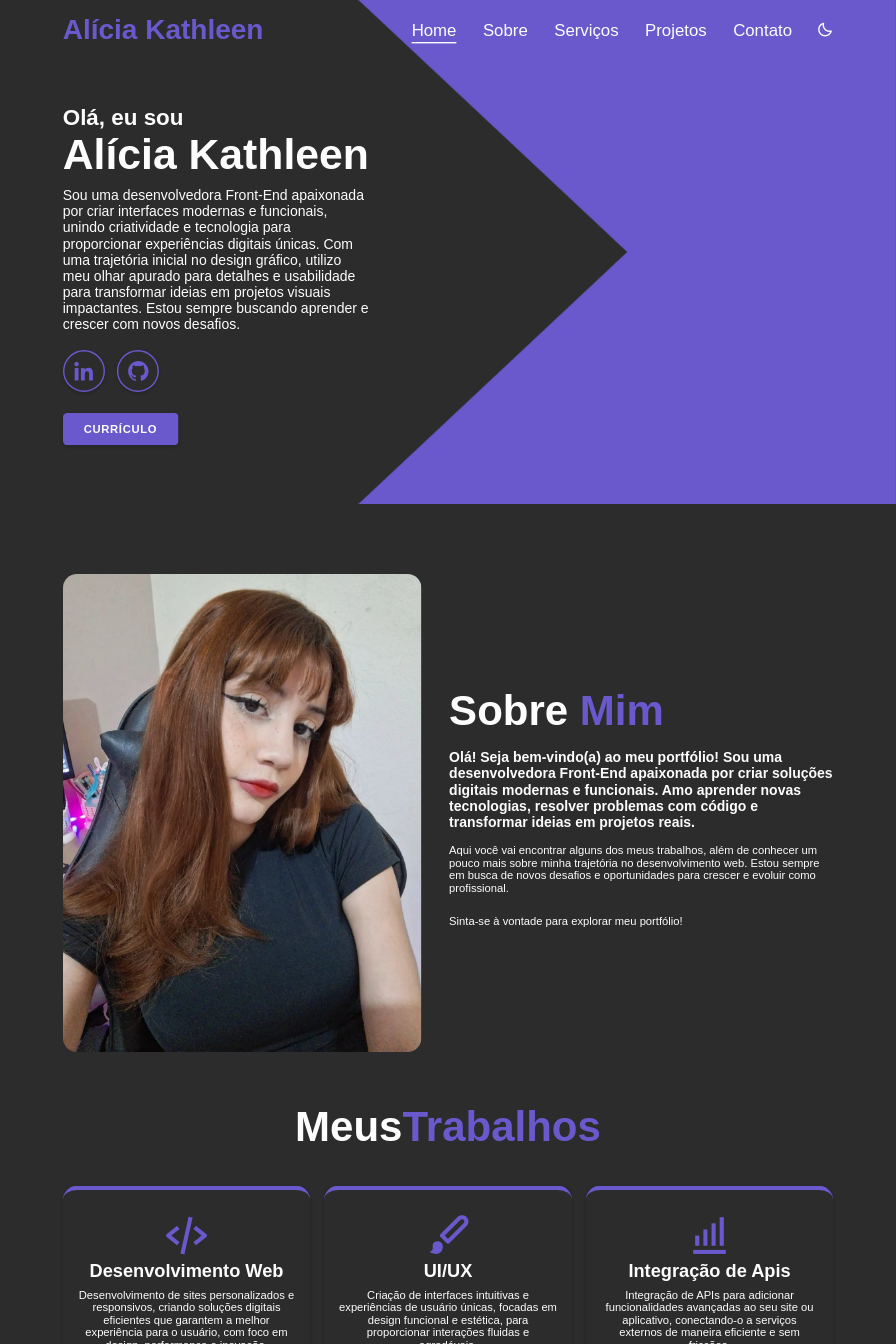
Repository: AliciaKathleen/portfolio-2025
Page: index.html
An editor plug-in stored every save of this project. The page is shown before and after the next save, followed by the edit.
The browser window is 1280 px wide. The pictures show the part of the page from y = 0 to 1920 px (the page is 3946 px tall), at 70% of full size.

Above is the page before, as saved 2025-01-27 16:45:30.
Console error: TypeError: Cannot read properties of null (reading 'classList')

After the next save:
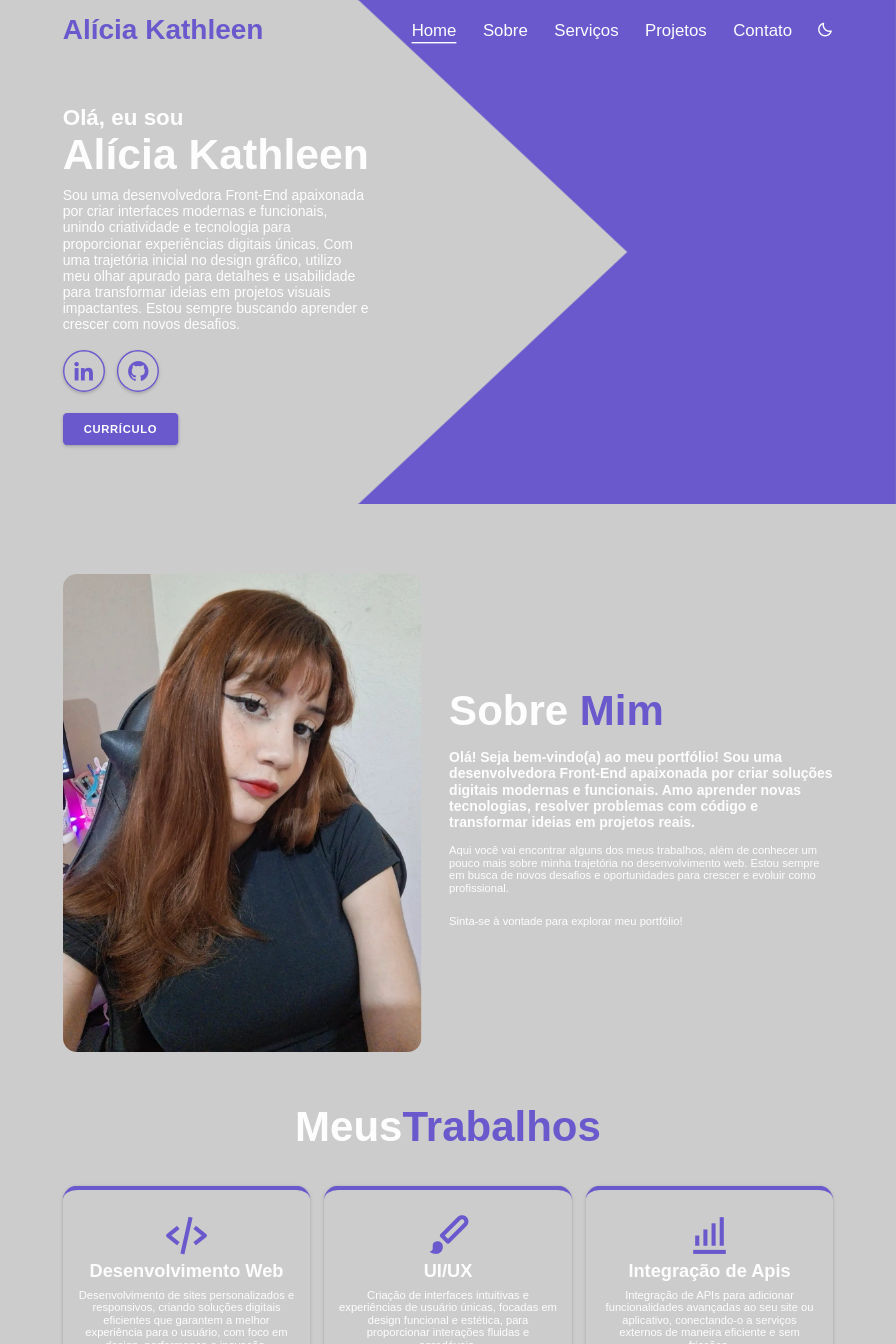
Saved 21 s later.
--- a/style.css
+++ b/style.css
@@ -10,7 +10,7 @@
 }
 
 :root {
-    --bg-color: #2C2C2C;
+    --bg-color: #CCCCCC;
     --text-color: #fdfdfd;
     --main-color: #6959CD;
     --white-color: #fdfdfd;
